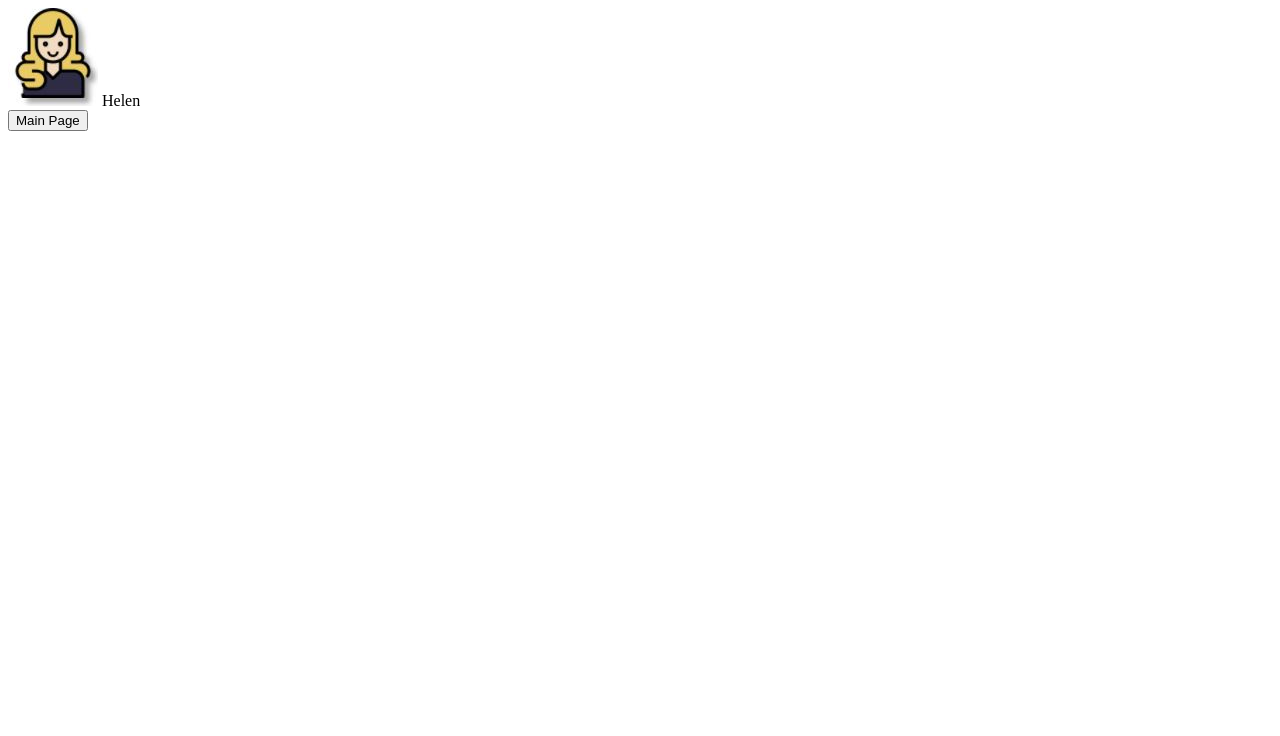
Repository: Team-Extrememe/Online-Study-Room
Page: profile.html
An editor plug-in stored every save of this project. The page is shown before and after the next save, followed by the edit.
The browser window is 1280 px wide. The pictures show the whole page.

Above is the page before, as saved 2021-10-17 13:37:09.

### profile.html
<!DOCTYPE html>
<html lang="en">
<head>
    <meta charset="UTF-8">
    <meta http-equiv="X-UA-Compatible" content="IE=edge">
    <meta name="viewport" content="width=device-width, initial-scale=1.0">
    <link rel="stylesheet" href="css/profile.css">
    <title>My Profile</title>
</head>
<body>
    <div class="flex_container">
        <div class="flex_left">
            <img src="Images/profile_icon.JPG" alt="profile_icon">
            <span class="user_name">Helen</span>
            <button class="main_button">Main Page</button>
        </div>
        <div class="flex_right">

        </div>
    </div>

</body>
</html>

### css/profile.css
.flex_container{
    display: flex;
    flex-direction: row;
}

.flex_left{
    width: 15%;
    height: 100vh;
}

.flex_right{
    width: 85%;
    height: 100vh;
}

After the next save:
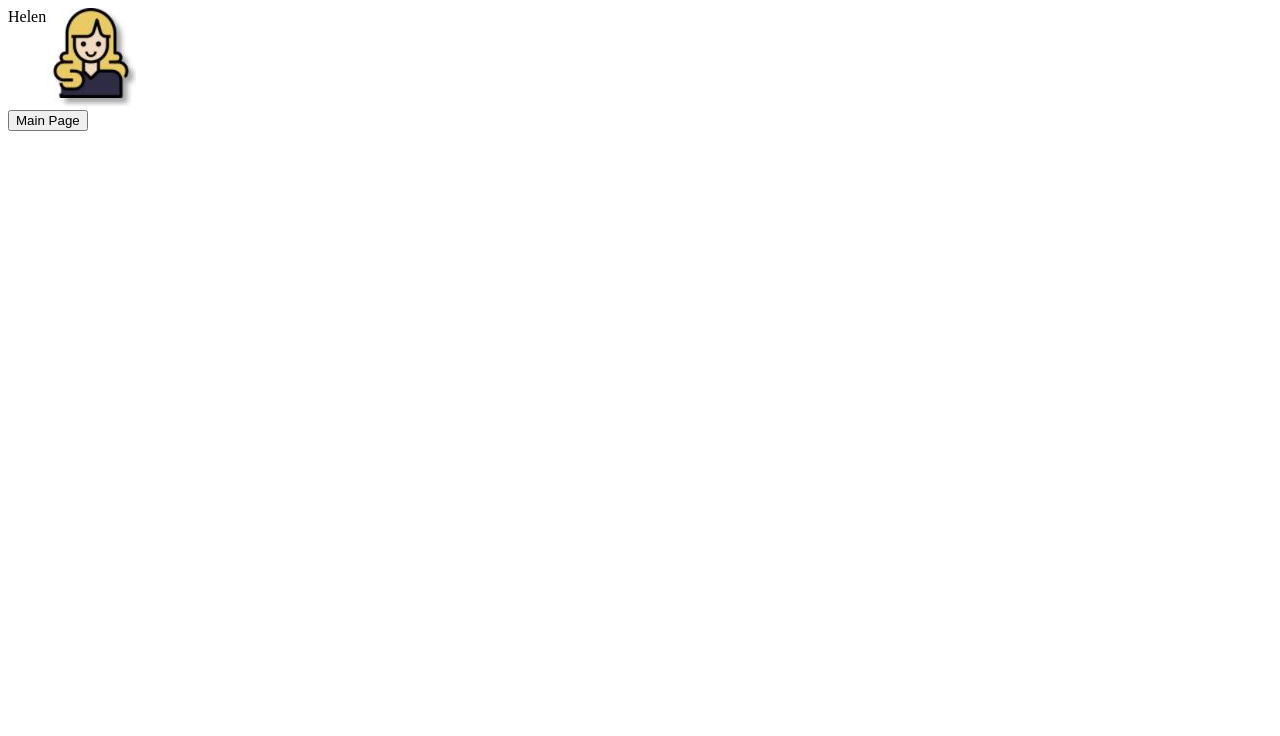
Saved 57 s later.
--- a/css/profile.css
+++ b/css/profile.css
@@ -12,3 +12,8 @@
     width: 85%;
     height: 100vh;
 }
+
+.user_name{
+    float: left;
+
+}
